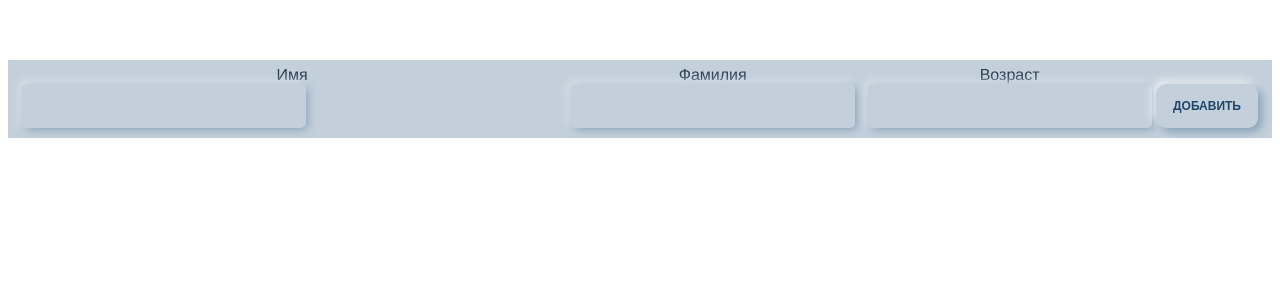
Repository: shum89/test-vue-table
Page: /
An editor plug-in stored every save of this project. The page is shown before and after the next save, followed by the edit.
The browser window is 1280 px wide. The pictures show the whole page.
The project was rebuilt for these pictures with package versions that can differ from the ones it lists, and the page was loaded fresh each time. Also part of the build but not shown: vue.config.js.

Above is the page before, as saved 2021-07-18 16:29:19.

After the next save:
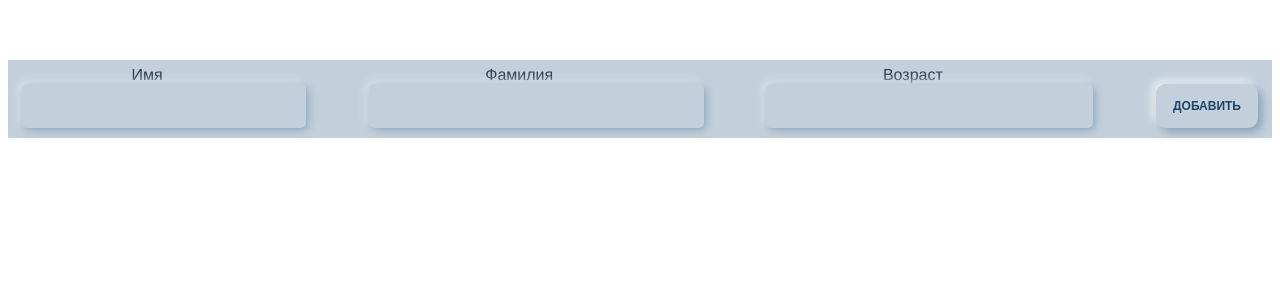
Saved 26 s later.
--- a/src/components/Form.vue
+++ b/src/components/Form.vue
@@ -53,12 +53,12 @@ export default {
   flex-direction: column;
   box-sizing: border-box;
   flex: 1;
+  max-width: 250px;
 }
 .form__input {
   border: none;
   appearance: none;
   width: 100%;
-  max-width: 250px;
   border-radius: 10px;
   font-size: 15px;
   line-height: 20px;
